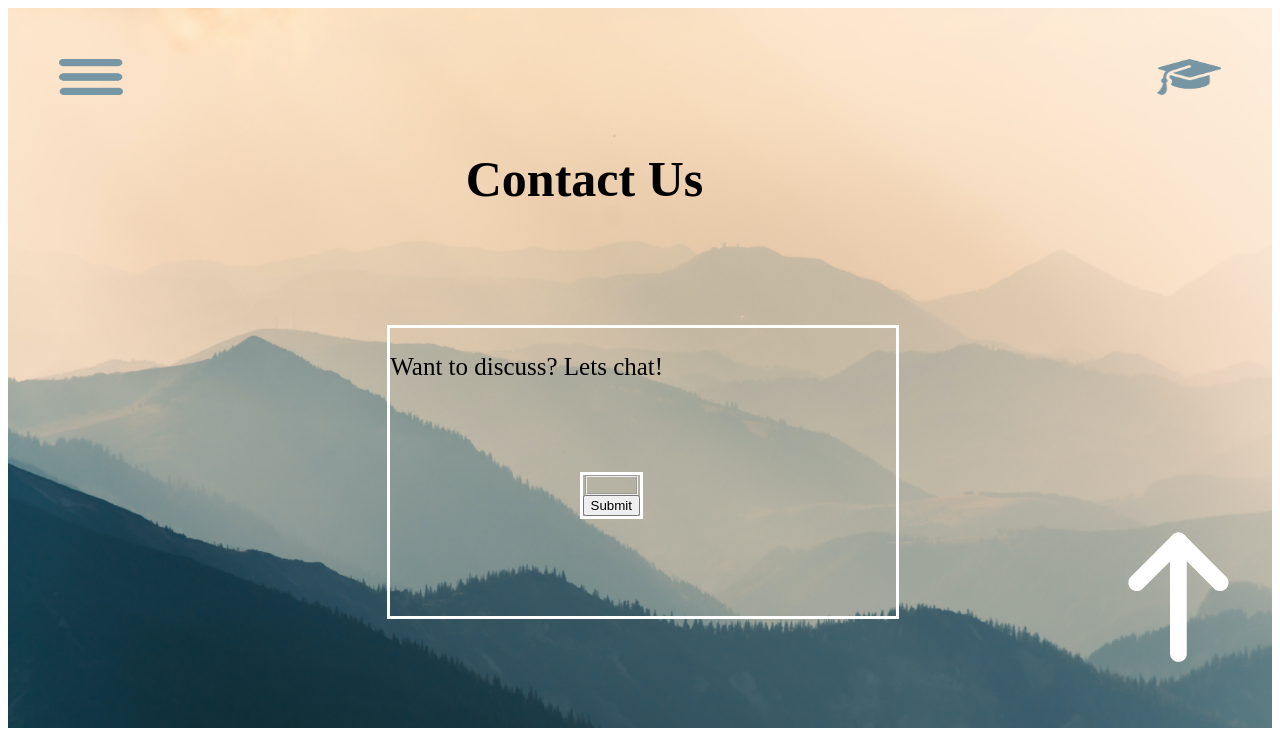
Repository: sierralaurent/MDIA2109-Assignment01
Page: /contact
An editor plug-in stored every save of this project. The page is shown before and after the next save, followed by the edit.
The browser window is 1280 px wide. The pictures show the whole page.
The project was rebuilt for these pictures with package versions that can differ from the ones it lists, and the page was loaded fresh each time. The framework's server and built-in components were replaced by stand-ins that run in the browser. Also part of the build but not shown: next.config.js.

Above is the page before, as saved 2023-02-01 17:39:04.

### pages/contact.js
import Head from 'next/head'
import Image from 'next/image'
import { Inter } from '@next/font/google'
import styles from '@/styles/Home.module.css'
import Link from 'next/link'

export default function Contact() {
    return (
        <>
        <Head>
        <title>Contact Us</title>
        <meta name="author" content="MDIA 2109" />
        <meta property="og:title" content="Assignment #1 - Contact Us Page" />
        <meta property="og:description" content="BCIT Digital Design and Development Diploma" />
        <link rel="icon" href="/favicon.png" />
      </Head>
      <main className={styles.main}>
        <div className={styles.nav}>
            <img src="icons/menu-icon.png" className={styles.icon1}/>
            <img src="icons/graduation-hat.png" className={styles.icon2}/>
          </div>
          <div className={styles.header}><h1>Contact Us</h1></div>
        <div className={styles.field}>
            <p>Want to discuss? Lets chat!</p>
            <div className={styles.inputs}>
              <form>
                <fieldset>
                <table>
                    <thead>
                        <tr></tr>
                    </thead>
                    <thead>
                        <tr></tr>
                    </thead>
                </table>
                </fieldset>
            </form>
            <button type="submit">Submit</button>
              </div>
        </div>
        <div className={styles.bottom}>
            <a href="/about">
              <span className={styles.icon3}>
                <img src="icons/upwardArrow.png"/>
              </span>
            </a>
          </div>
      </main>
        </>
    )
  }

### styles/Home.module.css
.carouselImage {
  height: 200px;
  background-repeat: no-repeat;
  background-size: cover;
  display: flex;
  justify-content: center;
  align-items: center;
  margin: 40px 0px;
}
.main {
  background-image: url('../public/background-images/backgroundMountain.jpg');
  background-size: cover;
  height: 100vh;
  position: relative;
}

.header {
  position: absolute;
  top: 15%;
  right: 45%;
}

.header h1 {
  font-size: 50px;
}

.intro {
  position: absolute;

}

.inputs {
  position: absolute;
  right: 50%;
  top: 50%;
  border: 3px solid white;
}

.field {
  position: relative;
  height: 40%;
  width: 40%;
  top: 30%;
  left: 30%;
  border: 3px solid white;
  align-items: center;
}

.field p {
  font-size: 25px;
  position: absolute;
  text-align: center;
}

.buttons {
  position: absolute;
  bottom: 6rem;
  left: 1rem;

}
.butt {
  border: 3px solid white;
  border-radius: 8%;
  background-color: transparent;
  width: 10vw;
  height: 2.5vh;
  max-width: 15vw;
  max-height: 5vh;
  font-size: 1.25vh;

}

.butt:hover {
  background-color: white;
  color: black;
}

.intro h1 {
  font-size: 50px;
  padding: 2%;
}
.p {
  font-size: 22px;
  padding: 2%;
}

.middle {
  position: absolute;
  height: 40vh;
  width: 40vw;
  max-width: 40vw;
  max-height: 40vh;
  top: 30rem;
  left: 20rem;
}

.icon1 {
  width: 5vw;
  height: 5vh;
  float: left;
}

.icon2 {
  width: 5vw;
  height: 5vh;
  float: right;
}

.icon3 {
  width: 5vw;
  height: 5vh;
  float: right;
}

.bottom {
  position: absolute;
  bottom: 10rem;
  right: 5rem;
}

.nav {
  padding: 4%;
}

Loaded but not shown: pages/_document.js (common file); pages/api/hello.js (common file)

After the next save:
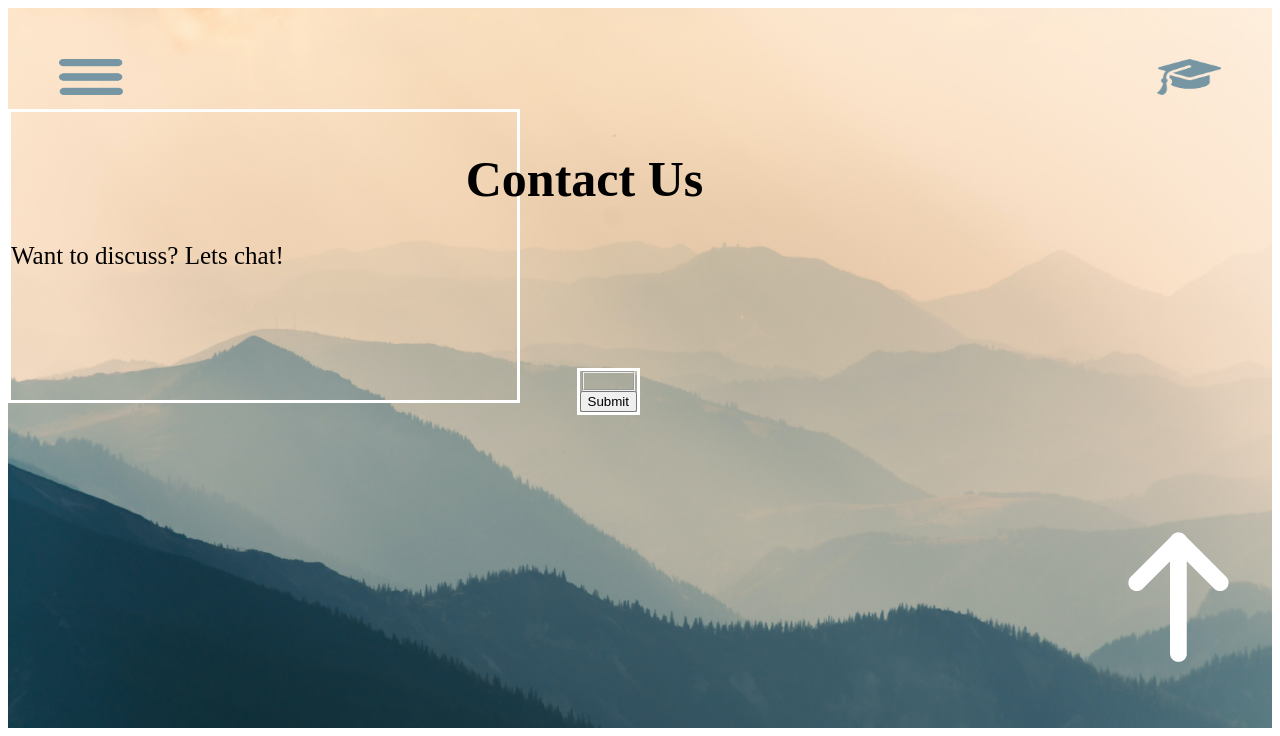
Saved 18 s later.
--- a/styles/Home.module.css
+++ b/styles/Home.module.css
@@ -37,7 +37,7 @@
 }
 
 .field {
-  position: relative;
+  display: flex;
   height: 40%;
   width: 40%;
   top: 30%;

After the save that followed:
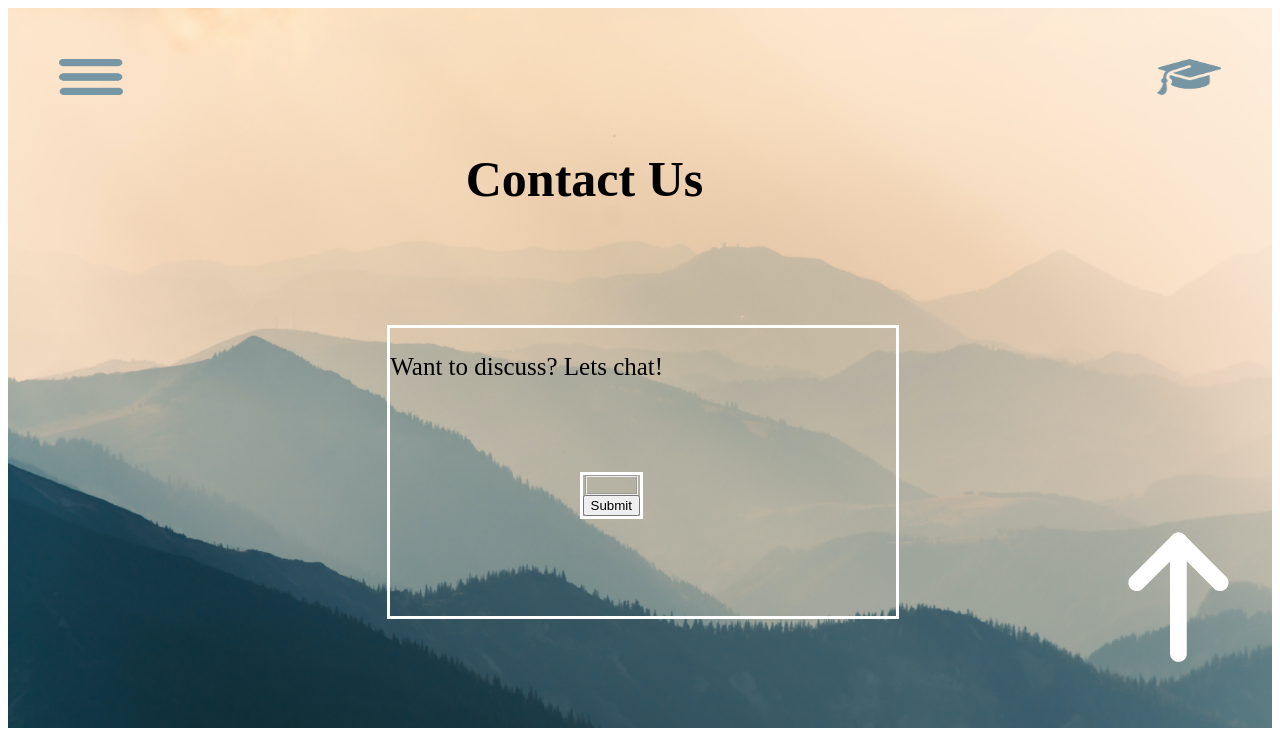
Saved 6 s later.
--- a/styles/Home.module.css
+++ b/styles/Home.module.css
@@ -37,7 +37,7 @@
 }
 
 .field {
-  display: flex;
+  position: relative;
   height: 40%;
   width: 40%;
   top: 30%;
